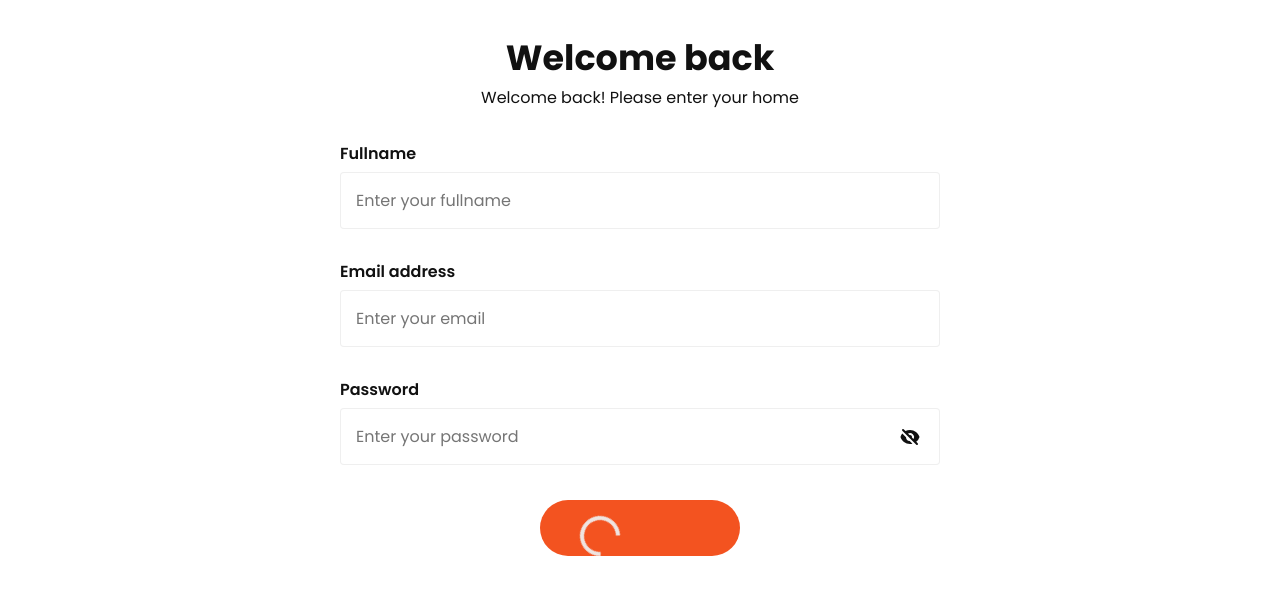
Repository: hoang0508/ReactJs-Fruits
Page: /sign-up
The author's editor kept a copy of each file at every save. The page is drawn from the files as they stood at one save, then again after the next save.
The browser window is 1280 px wide. The pictures show the whole page.
The project was rebuilt for these pictures with package versions that can differ from the ones it lists, and the page was loaded fresh each time. Also part of the build but not shown: src/Pages/NotFoundPage.js, src/components/icon/IconOpen.js, src/hooks/useHookAPI.js, src/hooks/useLocalStrorage.js, src/components/context/Auth-Context.js, src/components/Media/Social.scss, src/components/Media/Social.js, src/components/Footer/Footercoppy.js and 34 more.

Above is the page before, as saved 2022-05-12 22:37:08.

### src/components/Footer/Footer.scss
@import "../../index.scss";
.footer {
  background-color: $bg-footer;
  padding: 80px 0;
  &-list {
    display: grid;
    grid-template-columns: repeat(4, 1fr);
    grid-gap: 0 40px;
  }
  &-logo {
    span {
      color: $primary-color;
      font-size: 45px;
      font-weight: 700;
      display: inline-block;
      margin-bottom: 20px;
    }
    &--desc {
      line-height: 1.6;
      color: $text-color--tx;
      margin-bottom: 20px;
    }
  }
  &-title {
    margin-bottom: 25px;
    color: $text-color--tx;
    font-size: 20px;
  }
  &-item--instagram {
    display: grid;
    grid-template-columns: repeat(3, 1fr);
    grid-gap: 6px;
  }
  &-images--ig {
    height: 65px;
    position: relative;
    overflow: hidden;
    &:hover .footer-images--icon {
      opacity: 1;
      visibility: visible;
      overflow: hidden;
    }
    &:hover img {
      transform: scale(1.1);
    }
    img {
      width: 100%;
      height: 100%;
      object-fit: cover;
      border-radius: 5px;
      transition: all 0.25s linear;
    }
  }
  &-images--icon {
    width: 100%;
    height: 100%;
    background-color: rgba(243, 85, 32, 0.527);
    color: #fff;
    border-radius: 5px;
    display: flex;
    align-items: center;
    justify-content: center;
    font-size: 20px;
    position: absolute;
    top: 50%;
    left: 50%;
    transform: translate(-50%, -50%);
    cursor: pointer;
    opacity: 0;
    visibility: hidden;
    transition: all 0.2s ease;
  }
  &-link {
    display: inline-block;
    padding-bottom: 20px;
    color: $text-color--tx;
  }
  &-info {
    &--item {
      display: flex;
      align-items: center;
      gap: 0 20px;
      margin-bottom: 30px;
    }
    &--icon {
      color: $primary-color;
      font-size: 25px;
    }
    &--name {
      margin-bottom: 10px;
      color: $text-color--tx;
    }
  }
  &-coppy {
    padding: 30px 0;
    background-color: #021a32;
    color: #fff;
    .container {
      display: flex;
      align-items: center;
      justify-content: space-between;
    }
    &--license {
      font-size: 14px;
      span {
        color: $primary-color;
        font-size: 16px;
      }
    }
    &--help {
      display: flex;
      align-items: center;
      gap: 0 20px;
    }
  }
}

### src/components/Topdown/Topdown.scss
@import "../../index.scss";
.down {
  background-color: $text-color--tx;
  color: #fff;
  width: 50px;
  height: 50px;
  border-radius: 100rem;
  display: flex;
  align-items: center;
  justify-content: center;
  position: fixed;
  z-index: 10;
  bottom: -100px;
  right: 20px;
  transition: all 0.5s linear;
  &.active-down {
    opacity: 1;
    visibility: visible;
    bottom: 20px;
  }
}

### src/Pages/Cartpage/Cartpage.scss
@import "../../index.scss";
.cart {
  &-banner {
    min-height: 400px;
    position: relative;
    z-index: 0;
  }
  &-main {
    padding: 40px 0;
  }
  &-table {
    border-collapse: collapse;
    width: 100%;
  }
  &-table td,
  &-table th {
    padding-top: 10px;
    padding-bottom: 20px;
  }
  &-table th {
    padding: 15px;
    text-align: center;
    background-color: $primary-color;
    color: white;
  }
  &-images {
    width: 150px;
    height: 150px;
    img {
      width: 100%;
      height: 100%;
      object-fit: cover;
    }
  }
  &-item {
    margin-bottom: 10px;
    border-bottom: 1px solid $border-color;
    text-align: center;
  }
  &-total {
    max-width: 150px;
    width: 100%;
    padding: 10px 12px;
    margin-top: 20px;
    margin-left: auto;
    display: flex;
    /* justify-content: flex-end; */
    justify-content: center;
    gap: 0 10px;
    background-color: #f35320;
    color: #fff;
  }
  &-count {
    display: flex;
    align-items: center;
    justify-content: center;
  }
  &-remove {
    display: inline-flex;
    align-items: center;
    justify-content: center;
  }
}

### src/components/button/Button.js
import React from "react";
import styled from "styled-components";

const ButtonStyles = styled.button`
  width: 100%;
  display: block;
  margin: 0 auto;
  max-width: ${(props) => props.maxWidth};
  height: ${(props) => props.height};
  .loading {
    width: 40px;
    height: 40px;
    border: 4px solid ${(props) => props.theme.border};
    border-top: 4px solid transparent;
    border-radius: 100rem;
    animation: loading 4s infinite linear;
    @keyframes loading {
      100% {
        transform: rotate(360deg);
      }
    }
  }
`;
const Button = ({
  type = "",
  children,
  className = "",
  maxWidth = "",
  height = "",
  ...props
}) => {
  const { isLoading } = props;
  return (
    <ButtonStyles
      type={type}
      maxWidth={maxWidth}
      height={height}
      className={className}
    >
      {!isLoading ? <div className="loading"></div> : children}
    </ButtonStyles>
  );
};

export default Button;

### src/components/Header/Header.scss
@import "../../index.scss";
.header {
  &-contact {
    border-bottom: 1px solid #eee;
    .container {
      display: flex;
      justify-content: space-between;
      align-items: center;
      padding: 20px 0;
    }
  }
  &-info {
    display: flex;
    align-items: center;
    gap: 0 25px;
    &--add {
      display: flex;
      align-items: center;
      gap: 0 10px;
    }
    &--gmail {
      display: flex;
      align-items: center;
      gap: 0 10px;
    }
    &--icon {
      color: $primary-color;
    }
  }
  &-social {
    display: flex;
    align-items: center;
    gap: 0 15px;
    span {
      border: 1px solid #f3f3f3;
      width: 35px;
      height: 35px;
      border-radius: 100rem;
      display: flex;
      align-items: center;
      justify-content: center;
      transition: all 0.25s linear;
      &:hover {
        background-color: $primary-color;
        color: #fff;
        transform: translateY(-5px);
        cursor: pointer;
      }
    }
  }
  &-nav {
    padding: 20px 0;
    .container {
      display: flex;
      justify-content: space-between;
      align-items: center;
    }
  }
  &-menu {
    display: flex;
    align-items: center;
    gap: 0 30px;
    &--list {
      display: flex;
      align-items: center;
      gap: 0 30px;
    }
    &--link {
      color: $text-color--tx;
      font-weight: 500;
    }
  }
  &-cart {
    position: relative;
    &--icon {
      color: $text-color--tx;
      font-size: 28px;
    }
    &--number {
      position: absolute;
      top: -20%;
      right: -25%;
      background-color: $primary-color;
      color: #fff;
      width: 15px;
      height: 15px;
      border-radius: 100rem;
      font-size: 14px;
      display: flex;
      align-items: center;
      justify-content: center;
    }
  }
}

.is-fixed {
  position: fixed;
  top: 0;
  left: 0;
  width: 100%;
  z-index: 10;
  background-color: #fff;
  box-shadow: 0 2px 28px 0 rgba(0, 0, 0, 0.09);
  animation: fadeInDown 0.5s linear forwards;
}

@keyframes fadeInDown {
  0% {
    opacity: 0;
    transform: translateY(-20px);
  }
  100% {
    opacity: 1;
    transform: translateY(0);
  }
}

### src/components/Count/Count.scss
@import "../../index.scss";
.count {
  width: 180px;
  display: flex;
  align-items: center;
  justify-content: center;
  background-color: $bgr-color;
  border-radius: 5px;
  padding: 10px;
  cursor: pointer;
  &-value {
    width: 100px;
    text-align: center;
    background: inherit;
    font-size: 18px;
  }
}

### src/components/Product/Productdetails.scss
@import "../../index.scss";
.productD {
  &--list {
    display: flex;
    justify-content: space-between;
    gap: 0 50px;
  }
  &--left {
    width: 50%;
  }
  &--right {
    width: 60%;
  }
  &--thumb {
    margin-top: 20px;
    display: flex;
    align-items: center;
    gap: 0 10px;
  }
  &--imgThumb {
    height: 80px;
    border: 1px solid $border-color;
    border-radius: 5px;
    padding: 5px;
    cursor: pointer;
    img {
      width: 100%;
      height: 100%;
      object-fit: cover;
    }
  }
  &--title {
    font-size: 25px;
    font-weight: 700;
    color: $text-color--tx;
    margin-bottom: 15px;
  }
  &--price {
    display: flex;
    align-items: center;
    gap: 0 5px;
    margin-bottom: 10px;
  }
  &--priceNew {
    color: $text-color--tx;
  }
  &--priceOld {
    text-decoration: line-through;
  }
  &--vote {
    display: flex;
    align-items: center;
    gap: 0 10px;
    margin-bottom: 20px;
  }
  &--star {
    display: flex;
    align-items: center;
    gap: 0 2px;
    color: $primary-color;
  }
  &--desc {
    color: $text-color--tx;
    line-height: 1.5;
    margin-bottom: 15px;
  }
  &--cart {
    display: flex;
    align-items: center;
    gap: 0 40px;
    margin-bottom: 30px;
  }
  &-btn {
    padding: 15px;
    background-color: $bgr-color;
    margin-top: 20px;
    width: 100%;
    cursor: pointer;
    transition: all 0.25s linear;
    border-radius: 5px;
    &:hover {
      background-color: $primary-color;
      color: #fff;
    }
  }
  &-social {
    margin-top: 25px;
    display: flex;
    align-items: center;
    gap: 0 15px;
  }
}

.active-image {
  border-color: $primary-color;
  border-width: 2px;
}

### src/Pages/Detailpage/Info.scss
@import "../../index.scss";
.info {
  padding: 20px 0 40px;
  &-tab {
    display: flex;
    align-items: center;
    gap: 0 15px;
    margin-bottom: 10px;
    cursor: pointer;
    &--title {
      border: 1px solid $border-color;
      padding: 15px 30px;
    }
  }
  &-content {
    max-width: 800px;
    padding: 20px;
    border: 1px solid $border-color;
    &--desc {
      display: none;
    }
    &--review {
      display: none;
    }
  }
  &__heading {
    display: inline-block;
    padding-right: 20px;
    font-size: 23px;
    font-weight: 700;
    color: $text-color--tx;
    margin-bottom: 20px;
    position: relative;
    &::before {
      content: "";
      position: absolute;
      width: 50px;
      height: 3px;
      background-color: $primary-color;
      left: 100%;
      top: 50%;
    }
  }
  &-customer {
    &__item {
      margin-bottom: 25px;
    }
    &__people {
      display: flex;
      align-items: center;
      gap: 0 20px;
      margin-bottom: 15px;
    }
    &__image {
      width: 50px;
      height: 50px;
      img {
        width: 100%;
        height: 100%;
        object-fit: cover;
        border-radius: 100rem;
      }
    }
    &__name {
      color: $text-color--tx;
      font-size: 18px;
    }
    &__date {
      color: $secondary-color;
      margin-bottom: 10px;
    }
    &__desc {
      color: $text-color--tx;
      line-height: 1.5;
      margin-bottom: 15px;
    }
    &__star {
      color: $secondary-color;
      display: flex;
      align-items: center;
    }
  }
}

.active-tabs {
  background-color: $primary-color;
  color: #fff;
  transition: all 0.25s linear;
}

.active-content {
  display: block;
}

.write {
  &-form {
    &--group {
      display: flex;
      align-items: center;
      gap: 0 30px;
      margin-bottom: 20px;
    }
    &--input,
    &--textarea {
      border: 1px solid $border-color;
      padding: 12px;
      border-radius: 5px;
      width: 100%;
      transition: all 0.25s ease;
      &:focus {
        border-color: $primary-color;
      }
    }
  }
}

### src/components/Banner/Banner.scss
@import "../../index.scss";
.banner {
  min-height: 100vh;
  padding: 0 0 40px;
  padding: 150px;
  &-heading {
    color: $primary-color;
    margin-bottom: 20px;
    font-size: 20px;
  }
  &-title {
    max-width: 600px;
    width: 100%;
    color: #fff;
    font-weight: 700;
    font-size: 70px;
    line-height: 1.2;
    margin-bottom: 25px;
  }
  &-desc {
    max-width: 700px;
    width: 100%;
    color: #fff;
    line-height: 1.6;
    margin-bottom: 30px;
  }
  &-btn {
    display: flex;
    align-items: center;
    gap: 0 25px;
  }
  &-fruits {
    padding: 60px 0;
    margin-bottom: 100px;
    position: relative;
    &--images {
      img {
        height: 100%;
        object-fit: cover;
        margin: 0 auto;
        text-align: center;
      }
    }
    &--shape {
      .shape1 {
        position: absolute;
        top: 20px;
        left: 20px;
        height: 300px;
        animation: shapeTop 3s linear infinite;
        img {
          width: 100%;
          height: 100%;
          object-fit: cover;
        }
      }
      .shape3 {
        position: absolute;
        top: 20px;
        right: 20px;
        height: 150px;
        animation: shapeTop 3s linear infinite;
        img {
          width: 100%;
          height: 100%;
          object-fit: cover;
        }
      }
      .shape2 {
        position: absolute;
        bottom: 20px;
        left: 20px;
        height: 100px;
        animation: shapeBottom 3s linear infinite;

        img {
          width: 100%;
          height: 100%;
          object-fit: cover;
        }
      }
      .shape4 {
        position: absolute;
        bottom: 20px;
        right: 20px;
        height: 100px;
        animation: shapeZoom 3s linear infinite;

        img {
          width: 100%;
          height: 100%;
          object-fit: cover;
        }
      }
    }
  }
}

@keyframes shapeTop {
  50% {
    transform: translateY(20px);
  }
  100% {
    transform: translateY(0px);
  }
}

@keyframes shapeBottom {
  50% {
    transform: translateX(20px);
  }
  100% {
    transform: translateX(0px);
  }
}

@keyframes shapeZoom {
  20% {
    transform: scale(0.5);
  }
  50% {
    transform: scale(1.1);
  }
  100% {
    transform: scale(1);
  }
}

### src/components/Banner/BannerCrops.scss
@import "../../index.scss";
.banner-crops {
  min-height: 100vh;
  padding-top: 100px;
  &--content {
    max-width: 800px;
    background-color: #fff;
    padding: 50px;
    margin-left: auto;
  }
  &--txt {
    color: $primary-color;
    margin-bottom: 20px;
    font-size: 20px;
    display: inline-block;
  }
  &--heading .page-center {
    text-align: left;
    max-width: 700px;
    margin-bottom: 20px;
  }
  &--heading .page-desc {
    text-align: left;
  }
}

### src/components/layout/Feedback/Feedback.scss
@import "../../../index.scss";
.banner-feedback {
  min-height: 100vh;
  position: relative;
  z-index: 1;
  &--heading {
    padding: 40px 0;
    .page-heading {
      color: #fff;
      font-weight: 600;
    }
    .page-desc {
      color: #fff;
    }
  }
  &--list {
    max-width: 800px;
    width: 100%;
    padding: 20px 10px;
    margin: 0 auto;
    background-color: $secondary-color;
    border-radius: 20px;
  }
  &--item {
    display: flex;
    justify-content: center;
    align-items: center;
    flex-direction: column;
    background-color: $secondary-color;
  }
  &--images {
    width: 150px;
    height: 150px;
    img {
      width: 100%;
      height: 100%;
      object-fit: cover;
      border-radius: 100rem;
    }
  }
  &--content {
    color: #fff;
    margin-top: 30px;
    text-align: center;
  }
  &--name {
    margin-bottom: 15px;
    font-size: 22px;
  }
  &--job {
    margin-bottom: 15px;
    font-size: 14px;
  }
  &--desc {
    font-style: italic;
    line-height: 1.6;
    font-size: 14px;
  }
}

### src/components/layout/LastesBlog/LastestBlog.scss
@import "../../../index.scss";
.LastestBlog {
  padding: 100px 0;
  &-list {
    display: grid;
    grid-template-columns: repeat(3, 1fr);
    grid-gap: 0 40px;
  }
  &-item {
    background-color: #fff;
    border-radius: 10px;
    overflow: hidden;
    box-shadow: rgba(100, 100, 111, 0.2) 0px 7px 29px 0px;
    display: flex;
    flex-direction: column;
    cursor: pointer;
    &:hover .LastestBlog-content::before {
      height: 100%;
    }
    &:hover .LastestBlog-title {
      color: #fff;
    }
    &:hover .LastestBlog-more {
      color: #fff;
    }
    &:hover .LastestBlog-date {
      background-color: $primary-color;
      color: #fff;
    }
    &:hover .LastestBlog-images img {
      transform: scale(1.2);
    }
  }
  &-images {
    height: 270px;
    position: relative;
    img {
      width: 100%;
      height: 100%;
      object-fit: cover;
      transition: all 0.3s linear;
    }
  }
  &-date {
    position: absolute;
    bottom: 0;
    padding: 12px 25px;
    border-radius: 0 5px 0 0;
    background-color: #ffffff;
  }
  &-content {
    padding: 20px 10px;
    position: relative;
    isolation: isolate;
    overflow: hidden;
    margin-top: auto;
    &::before {
      content: "";
      position: absolute;
      top: 0;
      left: 0;
      background-color: $primary-color;
      width: 100%;
      height: 0;
      z-index: -1;
      transition: all 0.3s linear;
    }
  }
  &-title {
    margin-bottom: 15px;
    line-height: 1.5;
    font-size: 20px;
    font-weight: 700;
    color: #111111;
    transition: all 0.3s linear;
  }
  &-more {
    color: $primary-color;
    transition: all 0.3s linear;
  }
}

### src/components/layout/Subscribe/Subscribe.scss
@import "../../../index.scss";
.subscribe {
  margin-bottom: 100px;
  background-color: #fafafa;
  &-container {
    min-height: 250px;
    display: flex;
    align-items: center;
    gap: 0 100px;
  }
  &-content {
    width: 60%;
    .page-center {
      max-width: 700px;
      text-align: left;
    }
    .page-desc {
      text-align: left;
    }
  }
  &-input {
    background: none;
  }
  &-email {
    width: 60%;
    padding: 5px 10px;
    display: flex;
    justify-content: space-between;
    background-color: #f3f3f3;
    border: 1px solid #f3f3f3;
    border-radius: 5px;
  }
}

### src/components/Product/Product.scss
@import "../../index.scss";

.product {
  margin-top: 80px;
  padding-bottom: 100px;
  &-heading {
    margin-bottom: 50px;
  }
  &-list {
    display: grid;
    grid-template-columns: repeat(4, 1fr);
    grid-gap: 40px;
  }
  &-list--swiper {
    display: grid;
  }
  &-item {
    position: relative;
    overflow: hidden;
    cursor: pointer;
    &:hover .product-select .product-select--icon {
      opacity: 1;
      visibility: visible;
      transition: all 0.3 linear;
      transform: translate(0);
    }
    &:hover .product-images img {
      transform: scale(1.1);
    }
    &:hover .product-seo {
      background-color: $primary-color;
      color: #fff;
      cursor: pointer;
    }
  }
  &-images {
    height: 250px;
    position: relative;
    overflow: hidden;
    margin-bottom: 25px;
    img {
      width: 100%;
      height: 100%;
      object-fit: cover;
      overflow: hidden;
      border-radius: 5px;
      transition: all 0.25s linear;
    }
  }
  &-seo {
    position: absolute;
    top: 10px;
    left: 10px;
    background-color: #fff;
    color: $text-color--tx;
    padding: 8px 15px;
    border-radius: 6px;
    transition: all 0.25s linear;
  }
  &-select {
    position: absolute;
    left: 0;
    right: 0;
    bottom: 20px;
    display: flex;
    align-items: center;
    justify-content: center;
    gap: 0 10px;
    &--icon {
      color: $primary-color;
      background-color: #fff;
      width: 45px;
      height: 45px;
      border-radius: 100rem;
      display: flex;
      align-items: center;
      justify-content: center;
      font-size: 20px;
      opacity: 0;
      visibility: hidden;
      transition: all 0.3s linear;
      transform: translateY(30px);
    }
  }
  &-info {
    text-align: center;
  }
  &-name {
    font-size: 22px;
    font-weight: 600;
    color: $text-color--tx;
    margin-bottom: 15px;
    transition: all 0.2s ease;
    &:hover {
      color: $primary-color;
    }
  }
  &-price {
    display: flex;
    align-items: center;
    justify-content: center;
    gap: 0 10px;
    margin-bottom: 15px;
    &--new {
      color: $primary-color;
      font-weight: 500;
    }
    &--old {
      text-decoration: line-through;
    }
  }
  &-star {
    display: flex;
    align-items: center;
    justify-content: center;
    gap: 0 5px;
    color: $primary-color;
  }
}

### src/components/Box/Checkbox.scss
@import "../../index.scss";

.checkbox_input {
  display: none;
}

.checkbox_input:checked + .checkbox_label::after {
  opacity: 1;
  visibility: visible;
}

.checkbox_label {
  position: relative;
  padding-left: 50px;
  cursor: pointer;
}

.checkbox_label::before {
  content: "";
  position: absolute;
  width: 30px;
  height: 30px;
  background-color: $primary-color;
  left: 0;
  top: 50%;
  transform: translateY(-50%);
  display: flex;
  justify-content: center;
  align-items: center;
  border-radius: 3px;
}

.checkbox_label::after {
  content: "";
  position: absolute;
  top: 3px;
  left: 6px;
  width: 20px;
  height: 10px;
  transform: rotate(-45deg);
  border-left: 3px solid white;
  border-bottom: 3px solid white;
  opacity: 0;
  visibility: hidden;
  transition: all 0.25s linear;
}

### src/components/Accordion/Accordion.scss
@import "../../index.scss";
.accordion {
  max-width: 500px;
  margin-bottom: 20px;
  &-header {
    display: flex;
    justify-content: space-between;
    align-items: center;
    color: #292e49;
    font-weight: 600;
    border: 1px solid $primary-color;
    border-radius: 5px;
    padding: 10px;
    cursor: pointer;
  }
  &-content {
    height: 0;
    overflow: hidden;
    transition: all 0.2s ease;
    &--active {
      margin-top: 15px;
      padding: 5px 10px;
      line-height: 1.5;
      font-size: 14px;
      border: 1px solid $primary-color;
      height: auto;
    }
  }
}

### src/components/Modal/ModalPd.scss
@import "../../index.scss";
.modalP {
  position: fixed;
  inset: 0;
  background-color: rgba(0, 0, 0, 0.5);
  z-index: 20;
  &-content {
    position: absolute;
    top: 50%;
    left: 50%;
    transform: translate(-50%, -50%);
    max-width: 850px;
    width: 100%;
    padding: 15px 20px;
    background-color: #fff;
    border-radius: 5px;
    position: relative;
    &--close {
      position: absolute;
      top: 10px;
      right: 10px;
      background-color: $primary-color;
      color: #fff;
      width: 30px;
      height: 30px;
      display: flex;
      justify-content: center;
      align-items: center;
      border-radius: 5px;
      cursor: pointer;
    }
  }
}

Loaded but not shown: public/index.html (common file); src/reportWebVitals.js (common file); src/components/button/index.js (common file); src/components/Input/index.js (common file); src/components/label/index.js (common file); src/Pages/SignUpPage.js (123 lines, source omitted); src/config/RoutersConfig.js (46 lines, source omitted); src/components/Input/Input.js (53 lines, source omitted); src/components/icon/IconClose.js (23 lines, source omitted); src/index.js (24 lines, source omitted); src/components/Field/Field.js (18 lines, source omitted); src/components/label/Label.js (17 lines, source omitted); src/App.js (12 lines, source omitted); src/utils/contains.js (6 lines, source omitted); src/components/icon/index.js (4 lines, source omitted); src/components/Field/index.js (3 lines, source omitted); src/index.scss (250 lines, source omitted)

After the next save:
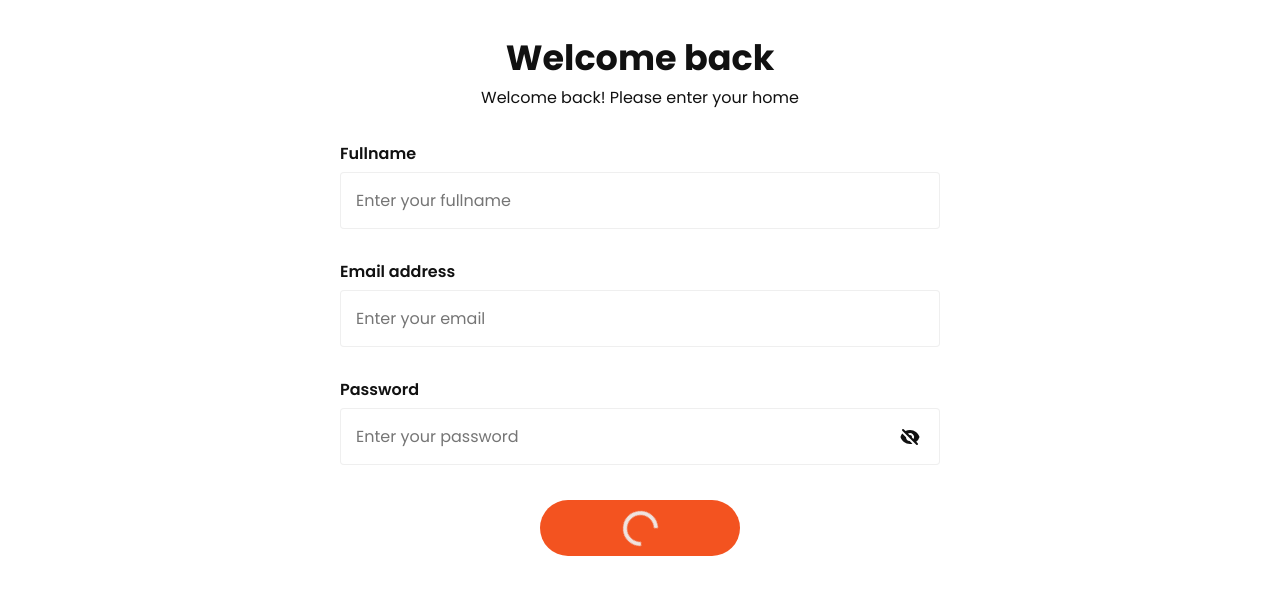
Saved 54 s later.
--- a/src/components/button/Button.js
+++ b/src/components/button/Button.js
@@ -7,9 +7,12 @@ const ButtonStyles = styled.button`
   margin: 0 auto;
   max-width: ${(props) => props.maxWidth};
   height: ${(props) => props.height};
+  display: flex;
+  justify-content: center;
+  align-items: center;
   .loading {
-    width: 40px;
-    height: 40px;
+    width: 35px;
+    height: 35px;
     border: 4px solid ${(props) => props.theme.border};
     border-top: 4px solid transparent;
     border-radius: 100rem;
